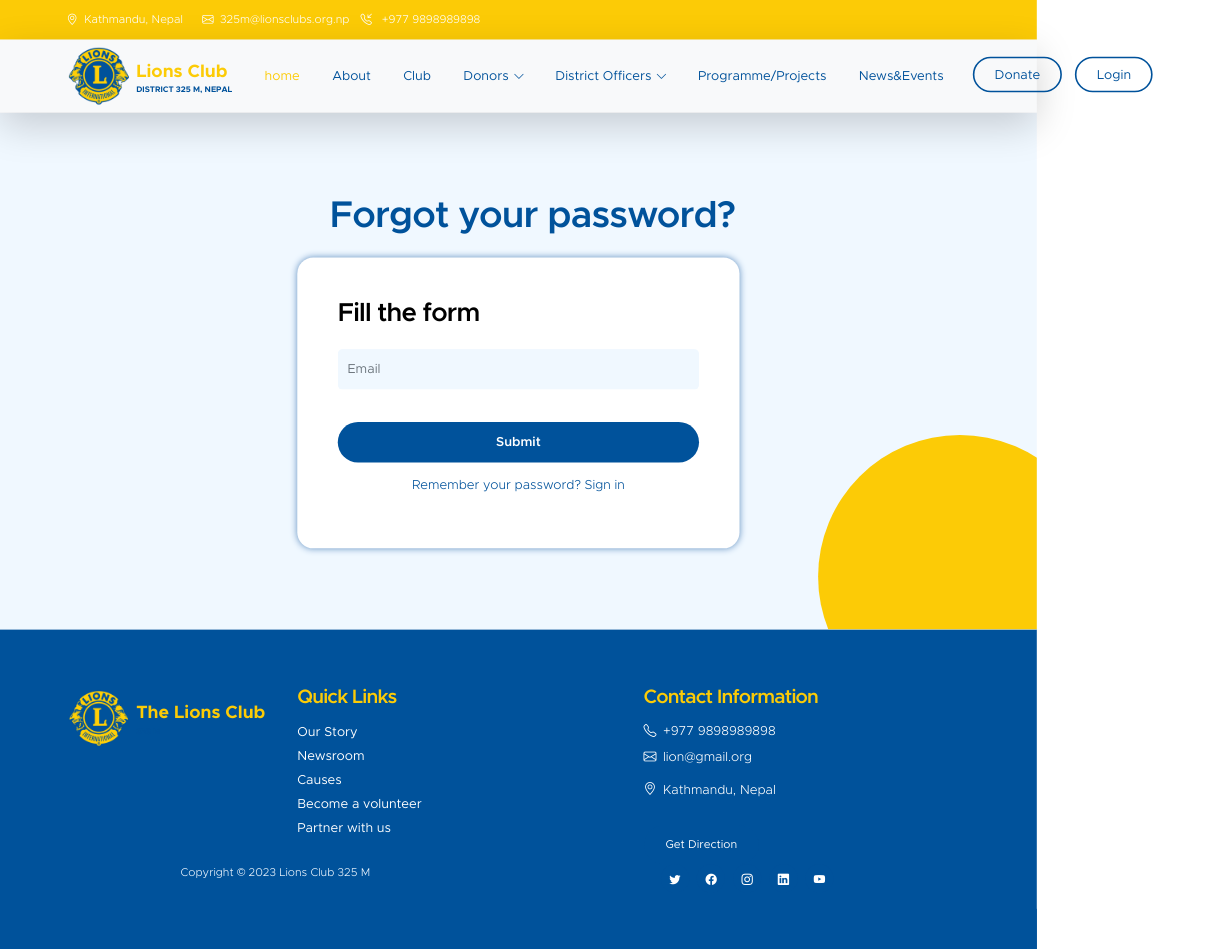
Repository: sandhya8109/Lions
Page: http://localhost/forget.php
The author's editor kept a copy of each file at every save. The page is drawn from the files as they stood at one save, then again after the next save.
The browser window is 1280 px wide. The page is 1423 px wide, then 1507 px, so the pictures cover 1507 px, including what lies to the right of the window. The pictures show the whole page, at 81% of full size.
The page is run by PHP 8.4 with error messages shown; the project is at /var/www/html/.

Above is the page before, as saved 2023-06-18 14:08:37.
Console error: TypeError: Cannot read properties of undefined (reading 'top')

After the next save:
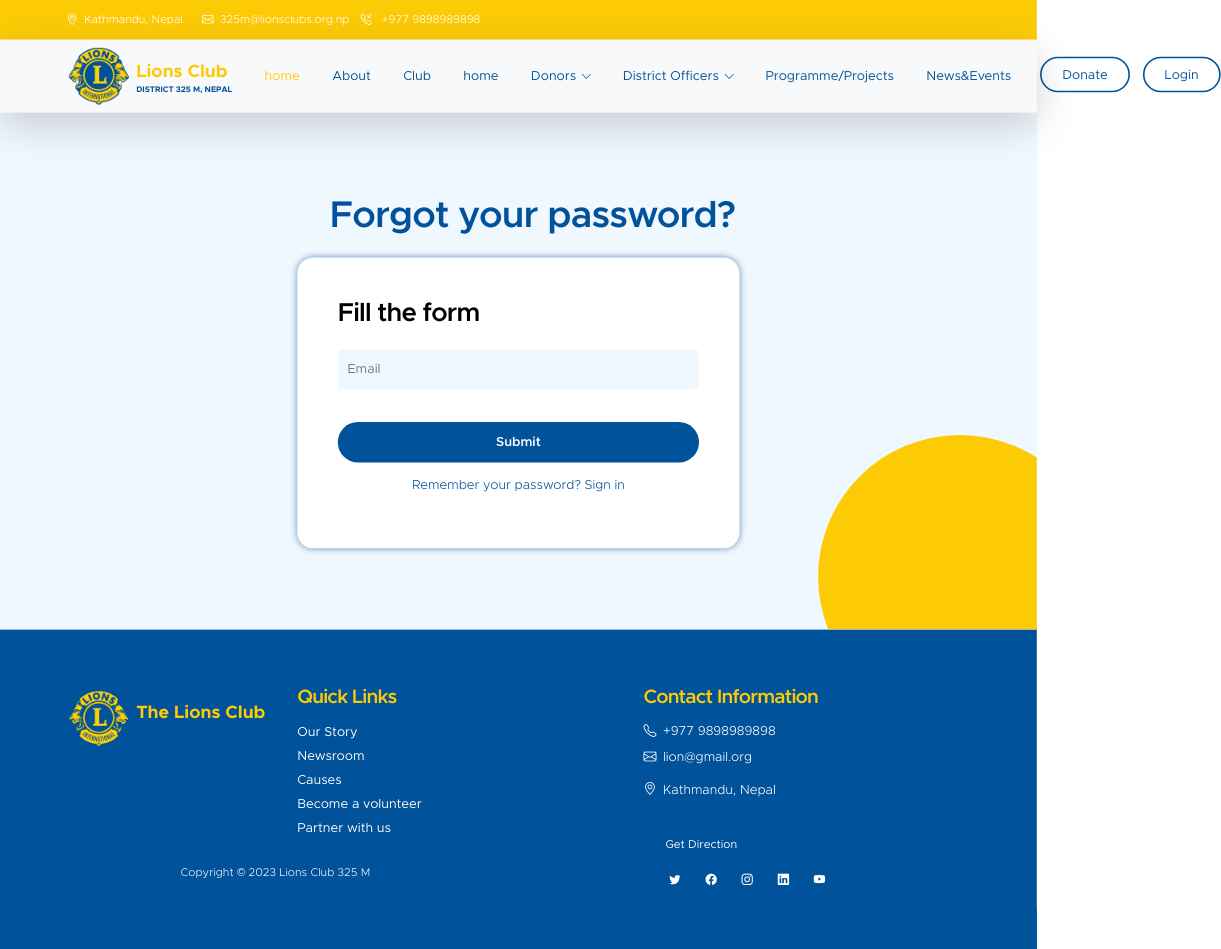
Saved 9 s later.
--- a/nav.php
+++ b/nav.php
@@ -73,7 +73,9 @@
                     <li class="nav-item">
                         <a class="nav-link click-scroll" href="./club.php">Club</a>
                     </li>
-
+                    <li class="nav-item">
+                        <a class="nav-link click-scroll" href="./index.php">home</a>
+                    </li>
                     <li class="nav-item dropdown">
                         <a class="nav-link click-scroll dropdown-toggle" href="./donate.php"
                             id="navbarLightDropdownMenuLink" role="button" data-bs-toggle="dropdown"
